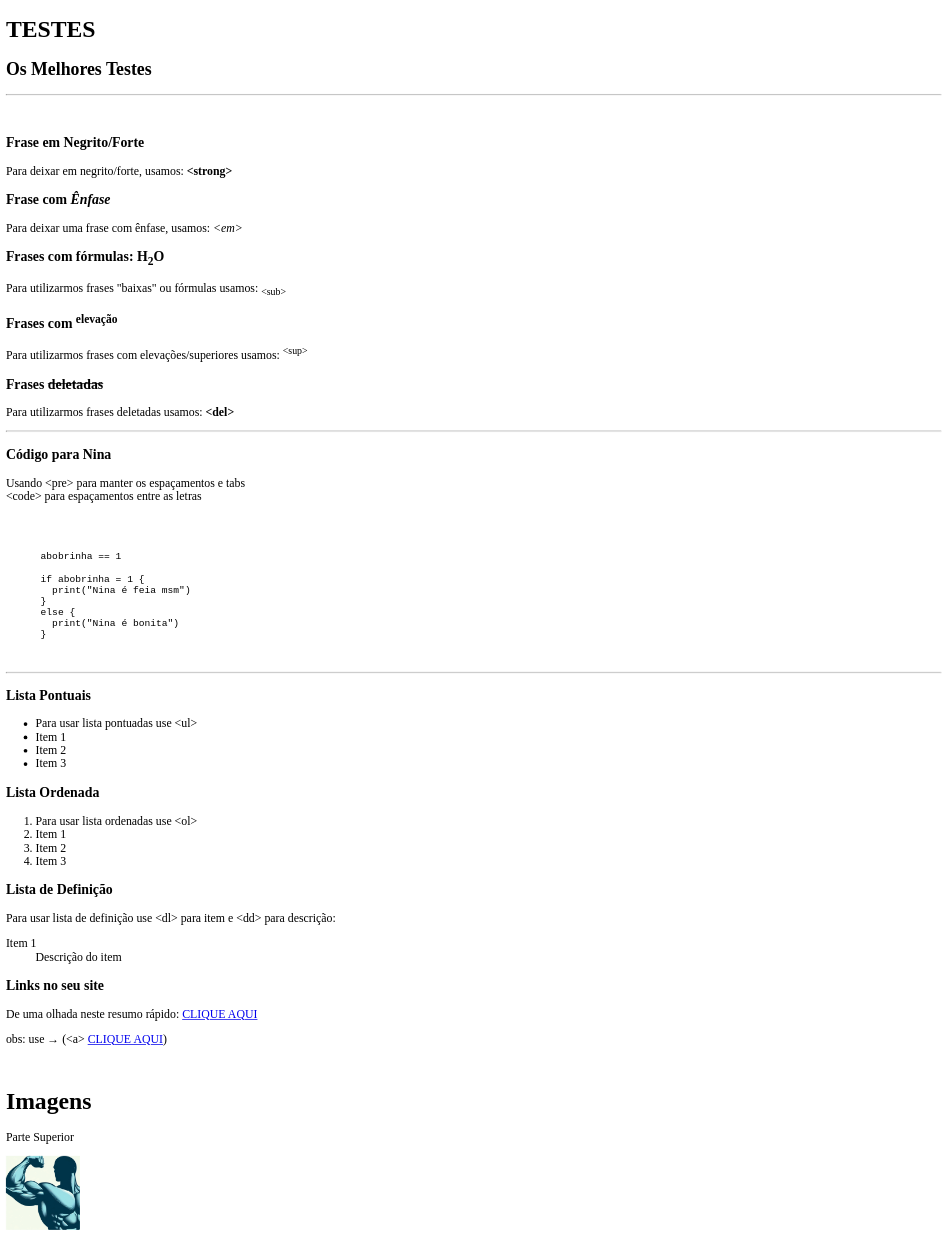
Repository: LuidyOn/Site_Forca_Total
Page: ForçaTotal/teste.html
These files come from the project's save history. The page is drawn as it stood at one moment and after the next save; the edit follows.
The browser window is 1280 px wide. The pictures show the whole page, at 74% of full size.

Above is the page before, as saved 2025-05-15 14:25:18.

After the next save:
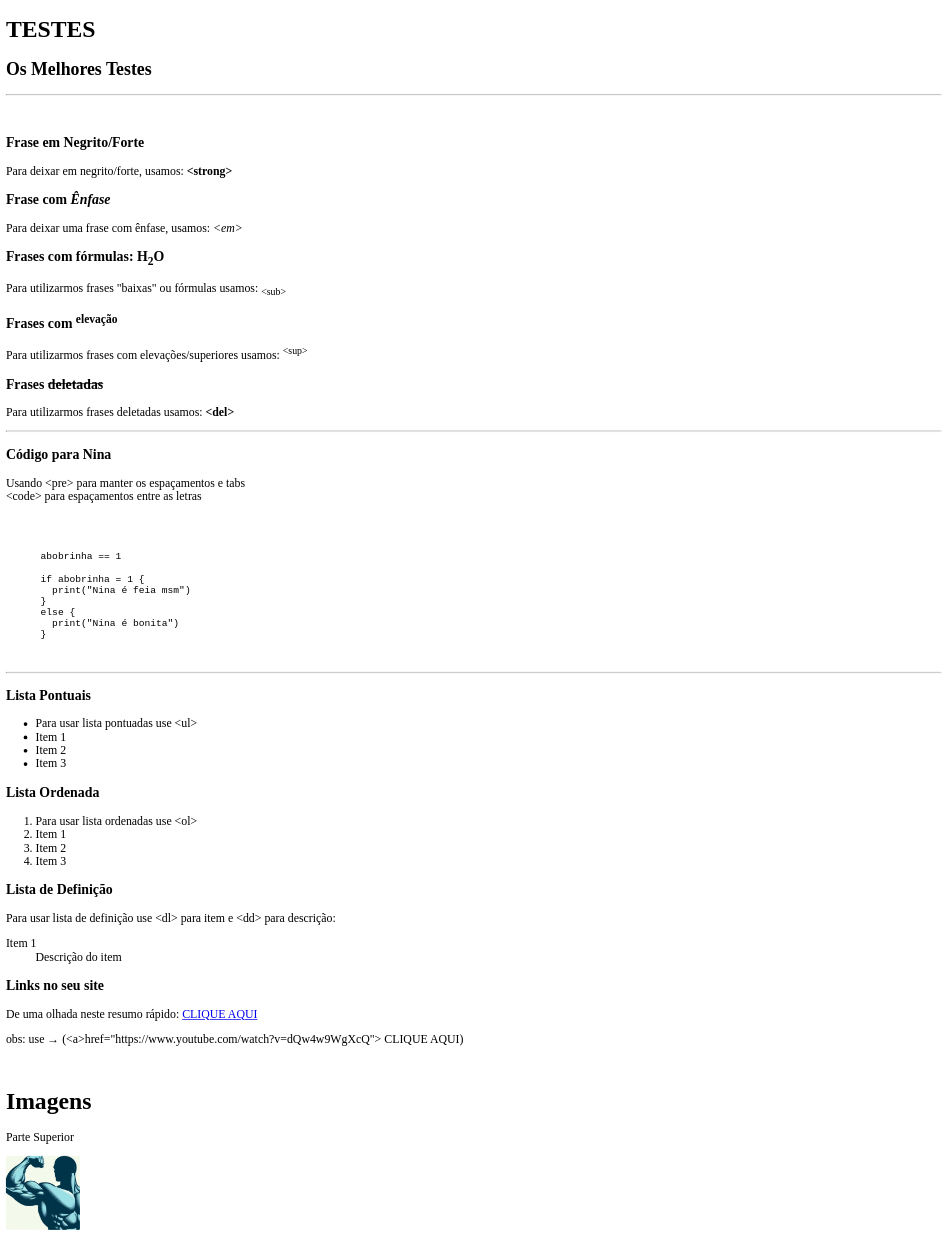
Saved 4 s later.
--- a/ForçaTotal/teste.html
+++ b/ForçaTotal/teste.html
@@ -79,7 +79,7 @@
 
     <h3>Links no seu site</h3>
     <p>De uma olhada neste resumo rápido: <a href="https://www.youtube.com/watch?v=dQw4w9WgXcQ"> CLIQUE AQUI</a></p>
-    <p>obs: use &rarr; (&lt;a&gt; <a href="https://www.youtube.com/watch?v=dQw4w9WgXcQ"> CLIQUE AQUI</a>)</p>
+    <p>obs: use &rarr; (&lt;a&gt;href="https://www.youtube.com/watch?v=dQw4w9WgXcQ"> CLIQUE AQUI</a>)</p>
 
 
   <p><br></p>
